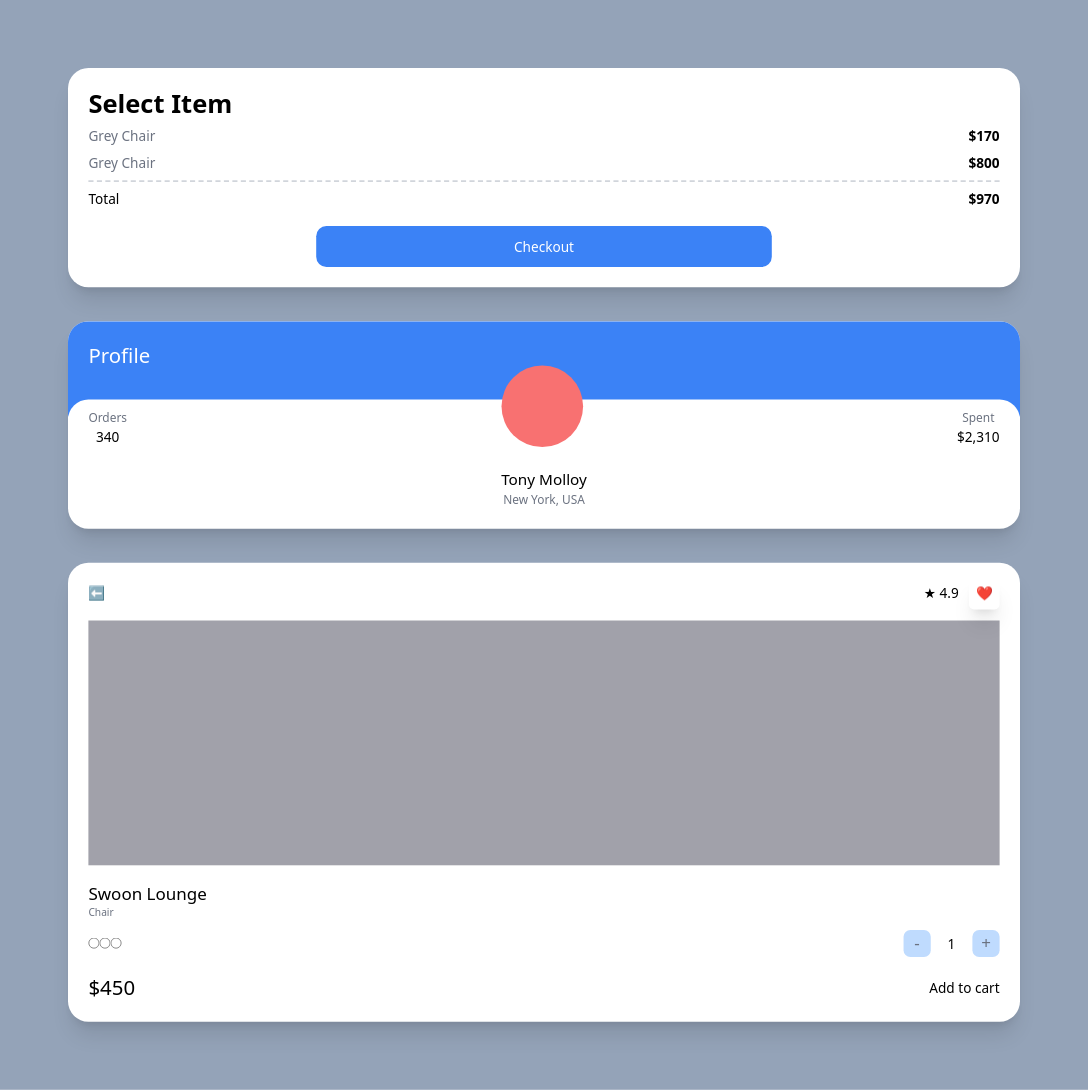
Repository: pjk0007/nextjs-carrot-marcket
Page: /
An editor plug-in stored every save of this project. The page is shown before and after the next save, followed by the edit.
The browser window is 1280 px wide. The pictures show the whole page, at 85% of full size.
The project was rebuilt for these pictures with package versions that can differ from the ones it lists, and the page was loaded fresh each time. The framework's server and built-in components were replaced by stand-ins that run in the browser. Also part of the build but not shown: next.config.js.

Above is the page before, as saved 2022-04-30 13:31:56.

### pages/index.tsx
import type { NextPage } from 'next'
const Home: NextPage = () => {
  return (
    <div className='bg-slate-400 py-20 px-20 grid gap-10 min-h-screen'>
      <div className='bg-white p-6 rounded-3xl shadow-xl'>
        <span className='font-semibold text-3xl'>Select Item</span>
        <div className='flex justify-between my-2'>
          <span className='text-gray-500'>Grey Chair</span>
          <span className='font-semibold'>$170</span>
        </div>
        <div className='flex justify-between'>
          <span className='text-gray-500'>Grey Chair</span>
          <span className='font-semibold'>$800</span>
        </div>
        <div className='flex justify-between mt-2 pt-2 border-t-2 border-dashed border-gray-300'>
          <span>Total</span>
          <span className='font-semibold'>$970</span>
        </div>
        <div className='mt-5 bg-blue-500 text-white p-3 text-center rounded-xl w-1/2 mx-auto'>Checkout</div>
      </div>

      <div className='bg-white overflow-hidden rounded-3xl shadow-xl'>
        <div className='bg-blue-500 p-6 pb-14'>
          <span className='text-white text-2xl'>Profile</span>
        </div>
        <div className='rounded-3xl p-6 relative -top-5 bg-white'>
          <div className='flex relative -top-16 items-end justify-between'>
            <div className='flex flex-col items-center'>
              <span className='text-sm text-gray-500'>Orders</span>
              <span className='font-medium'>340</span>
            </div>
            <div className='h-24 w-24 bg-red-400 rounded-full'/>
            <div className='flex flex-col items-center'>
              <span className='text-sm text-gray-500'>Spent</span>
              <span className='font-medium'>$2,310</span>
            </div>
          </div>
          <div className='flex flex-col items-center -mt-10 -mb-5'>
            <span className='text-lg font-medium'>Tony Molloy</span>
            <span className='text-sm text-gray-500'>New York, USA</span>
          </div>
        </div>
      </div>

      <div className='bg-white p-6 rounded-3xl shadow-xl'>
        <div className='flex mb-5 justify-between items-center'>
          <span>⬅</span>
          <div className='space-x-3'>
            <span>★ 4.9</span>
            <span className='shadow-xl p-2 rounded-md'>❤️</span>
          </div>
        </div>
        <div className='bg-zinc-400 h-72 mb-5'/>
        <div className='flex flex-col'>
          <span className='font-medium text-xl'>Swoon Lounge</span>
          <span className='text-xs text-gray-500'>Chair</span>
          <div className='mt-3 mb-5 flex justify-between items-center'>
            <div>
              <input type="radio" />
              <input type="radio" />
              <input type="radio" />
            </div>
            <div className='flex items-center space-x-5'>
              <button className='rounded-lg bg-blue-200 justify-center items-center aspect-square w-8 text-xl text-gray-500'>-</button>
              <span>1</span>
              <button className='rounded-lg bg-blue-200 justify-center items-center aspect-square w-8 text-xl text-gray-500'>+</button>
            </div>
          </div>
          <div className='flex justify-between items-center'>
            <span className='font-medium text-2xl'>$450</span>
            <button>Add to cart</button>
          </div>
        </div>
      </div>
    </div>
  );
}

export default Home

### tailwind.config.js
module.exports = {
  content: [
    "./pages/**/*.{js,jsx,ts,tsx}",
    "./components/**/*.{js,jsx,ts,tsx}"
  ],
  theme: {
    extend: {},
  },
  plugins: [],
}

Loaded but not shown: pages/_app.tsx (common file); styles/globals.css (common file)

After the next save:
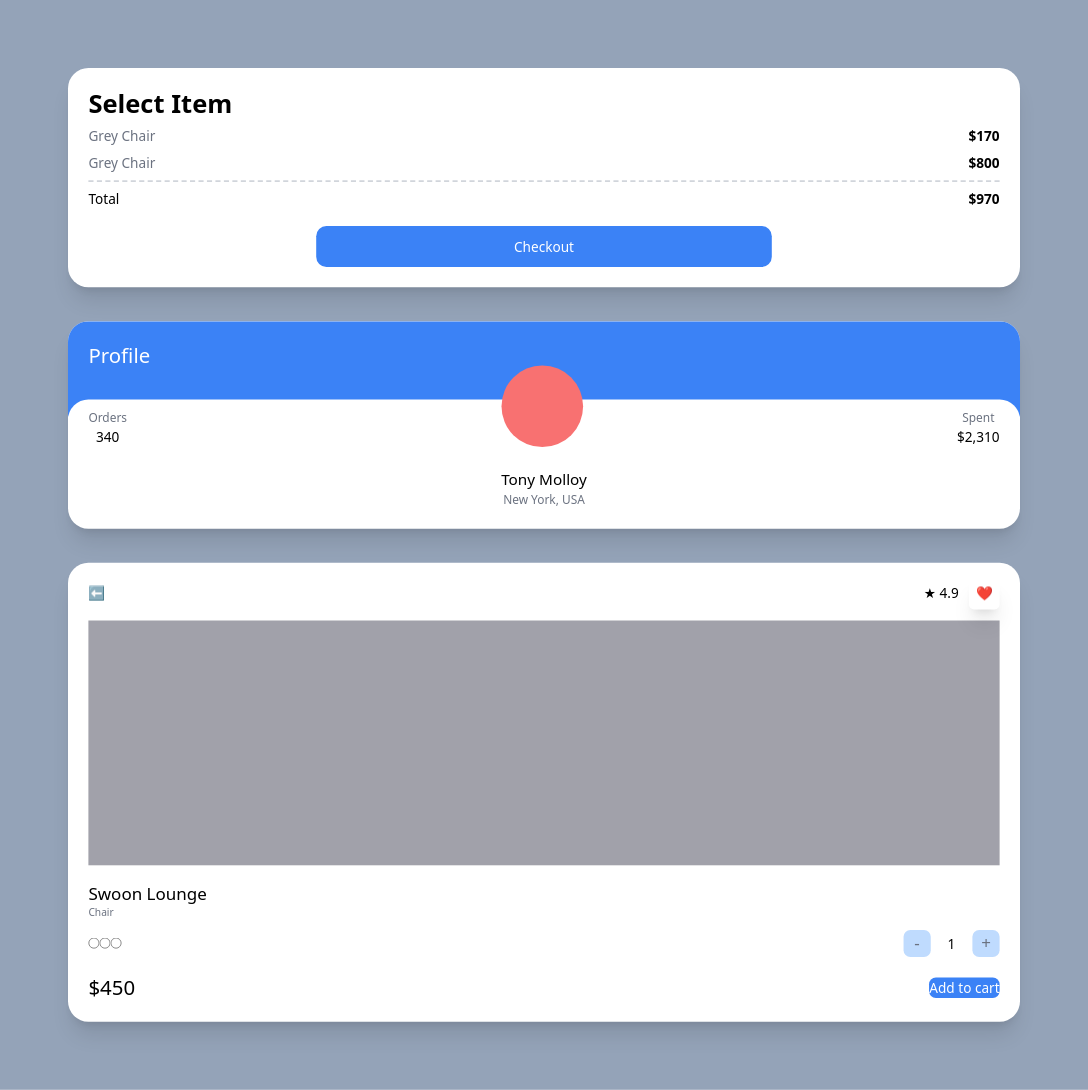
Saved 17 s later.
--- a/pages/index.tsx
+++ b/pages/index.tsx
@@ -68,7 +68,7 @@ const Home: NextPage = () => {
           </div>
           <div className='flex justify-between items-center'>
             <span className='font-medium text-2xl'>$450</span>
-            <button>Add to cart</button>
+            <button className='bg-blue-500 text-center text-white rounded-lg'>Add to cart</button>
           </div>
         </div>
       </div>
